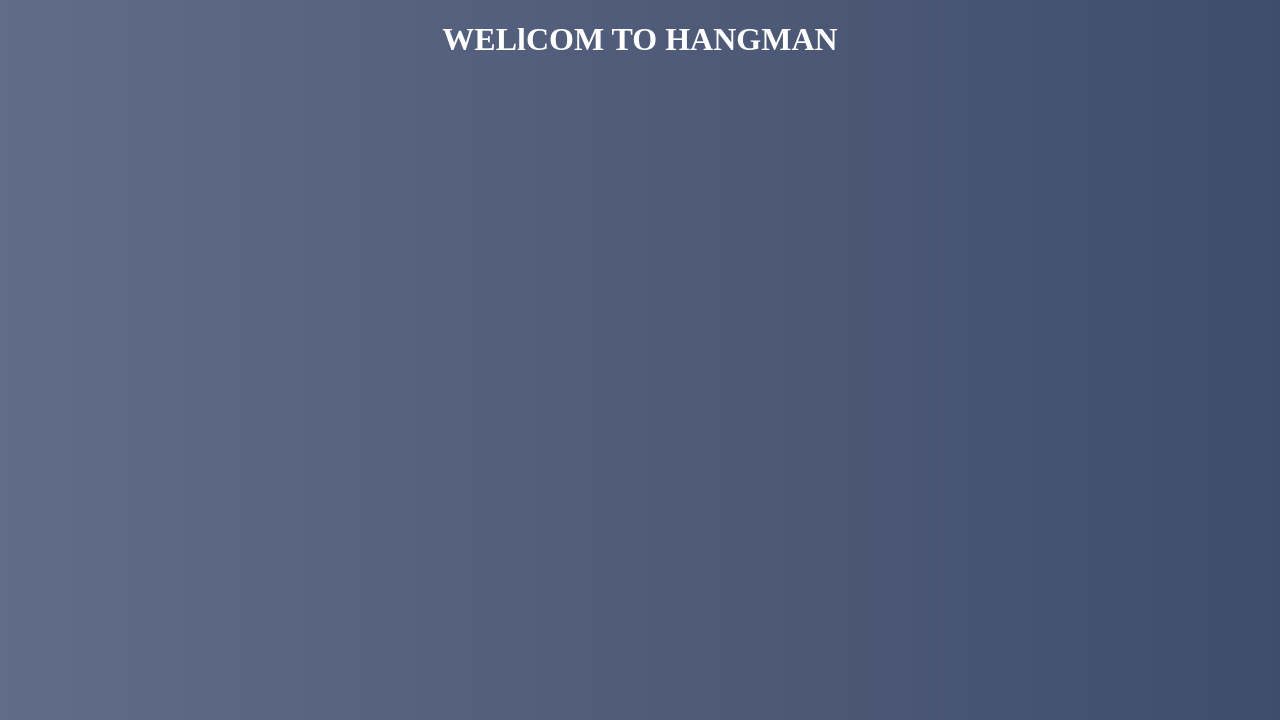
Repository: Darkingfired/Game
Page: index.html
An editor plug-in stored every save of this project. The page is shown before and after the next save, followed by the edit.
The browser window is 1280 px wide. The pictures show the whole page.

Above is the page before, as saved 2022-09-03 22:18:14.

After the next save:
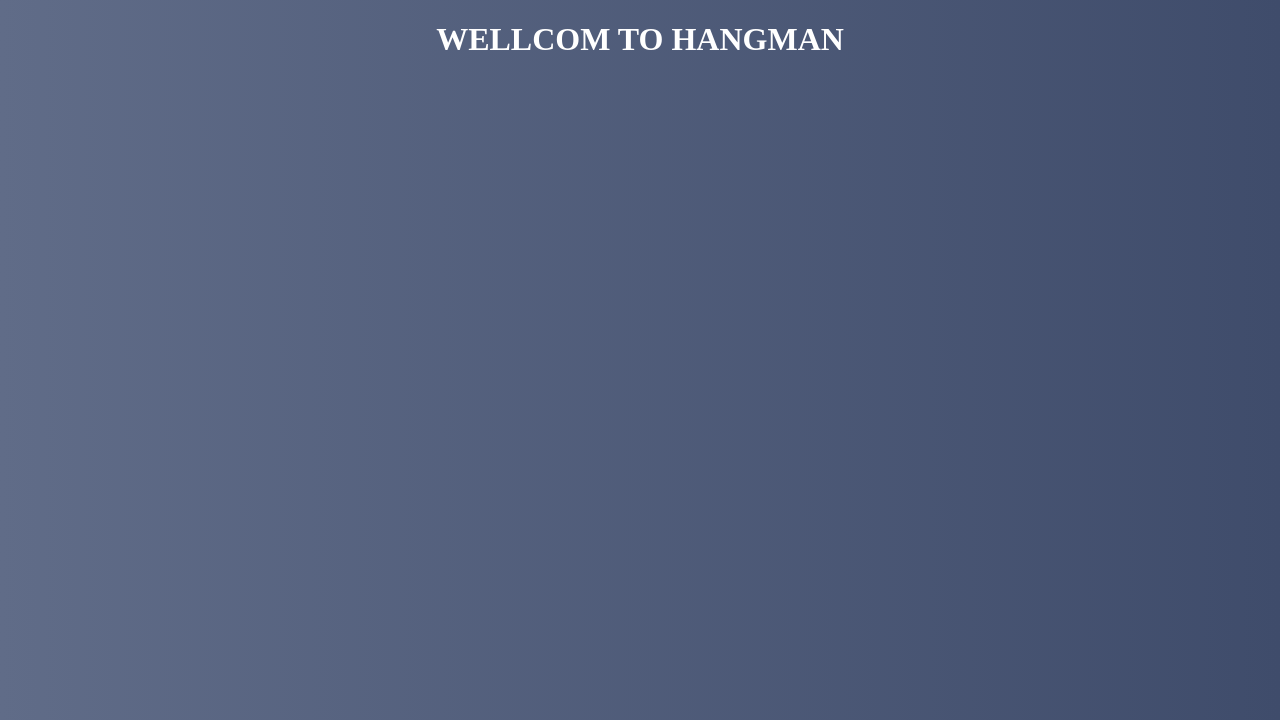
Saved 7 s later.
--- a/index.html
+++ b/index.html
@@ -9,7 +9,7 @@
     <title>Hangman Game</title>
   </head>
   <body>
-    <h1>WELlCOM TO HANGMAN</h1>
+    <h1>WELLCOM TO HANGMAN</h1>
 
 
   </body>
